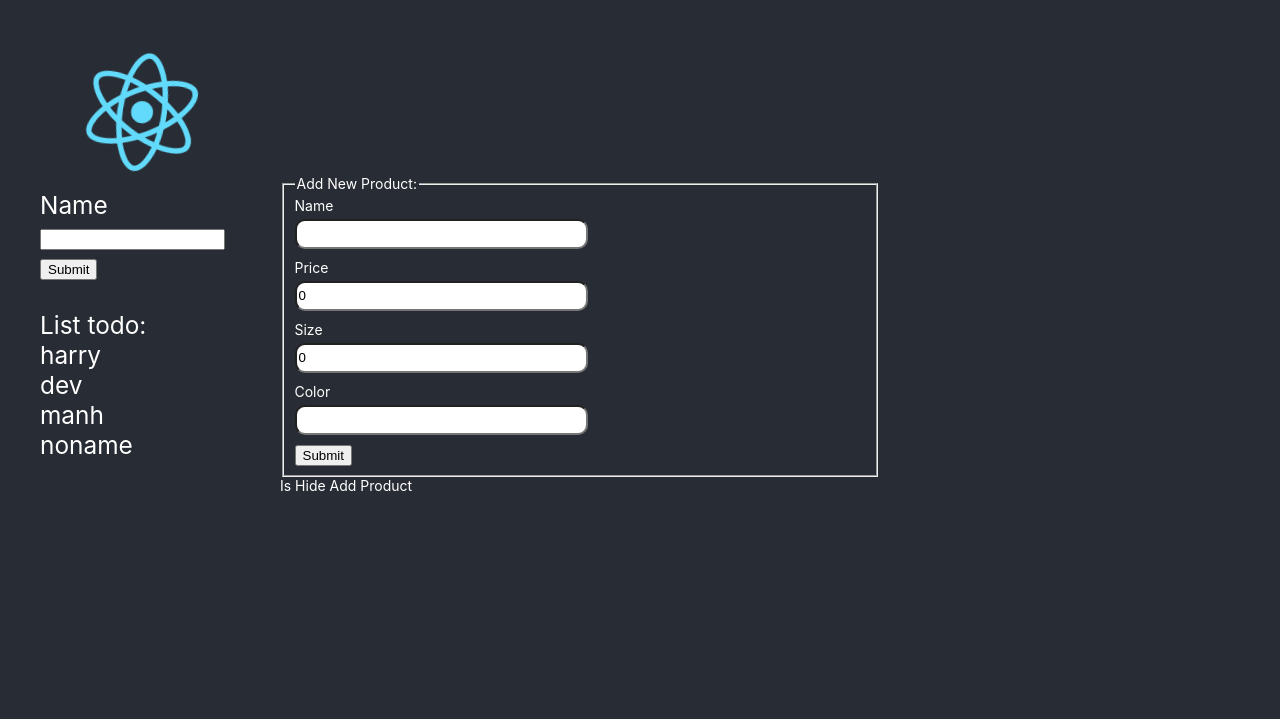
Repository: minh66hn/base-react-hook
Page: /
These files come from the project's save history. The page is drawn as it stood at one moment and after the next save; the edit follows.
The browser window is 1280 px wide. The pictures show the whole page.
The project was rebuilt for these pictures with package versions that can differ from the ones it lists, and the page was loaded fresh each time.

Above is the page before, as saved 2022-05-01 13:39:36.

### src/App.js
import React from "react";

import logo from "./logo.svg";
import "./App.scss";
import Home from "./components/Home";
import AddNewProduct from "./components/AddNewProduct";

function App() {
  return (
    <div className="App">
      <header className="App-header content-left">
        <img src={logo} className="App-logo" alt="logo" />
        <Home></Home>
      </header>
      <div className="content-right">
        <AddNewProduct />
      </div>
    </div>
  );
}

export default App;

### src/App.scss
.App {
  padding: 40px;
  background-color: #282c34;
  height: calc(100vh - 80px);
  font-size:14px;
  display: flex;

  .content-left{
    width:20%;
  }


  .content-right{
    /* border: 1px solid red; */
    width: 50%;
    margin-top:135px;
    color: white;
    border :3px s
  }

}

.App-logo {
  height: 20vmin;
  pointer-events: none;
}

@media (prefers-reduced-motion: no-preference) {
  .App-logo {
    animation: App-logo-spin infinite 20s linear;
  }
}

@keyframes App-logo-spin {
  from {
    transform: rotate(0deg);
  }
  to {
    transform: rotate(360deg);
  }
}
.App-header {
  /* min-height: 100vh; */
  /* display: flex;
  flex-direction: column; */
  /* align-items: center;
  justify-content: center; */
  font-size: calc(10px + 2vmin);
  color: white;
  /* border: 1px solid green; */
  width: 50%;
}

.input-product input{
  width:50%;
  height:24px;
  outline: none;
  border-radius: 10px;
}
.input-product{
  margin-bottom: 10px;
  display:flex;
  flex-direction: column;
  gap:5px;
}
button{
  cursor: pointer;
}
.App-link {
  color: #61dafb;
}

/* img {
  display: block;
  max-width: 100%;
}
.youtube-list {
  display: grid;
  grid-template-columns: repeat(4, 2fr);
  grid-gap: 25px;
  padding: 25px;
}
.youtube-image {
  height: 250px;
  margin-bottom: 15px;
}
.youtube-image img {
  width: 100%;
  height: 100%;
  object-fit: cover;
}
.youtube-footer {
  display: flex;
  align-items: flex-start;
  gap: 0 20px;
}
.youtube-avatar {
  width: 50px;
  height: 50px;
  border-radius: 100rem;
  object-fit: cover;
  flex-shrink: 0;
}
.youtube-title {
  font-size: 18px;
  margin-bottom: 10px;
}
.youtube-author {
  font-size: 14px;
  color: #999;
  font-weight: 300;
} */

### src/components/Home.js
import React from "react";
import { useState } from "react";
import AddTodo from "./AddTodo";
import DisplayListTodo from "./DisplayListTodo";
const Home = () => {
  const [todo, setTodo] = useState("");
  const randomIntFromInterval = (min, max) => {
    // min and max included
    return Math.floor(Math.random() * (max - min + 1) + min);
  };

  const [listTodo, setListTodo] = useState([
    { id: 1, name: "harry" },
    { id: 2, name: "dev" },
    { id: 3, name: "manh" },
    { id: 4, name: "noname" },
  ]);
  const handleDeleteBtn = (id) => {
    alert(`you deleted item by id:${id}`);
    let updateListTodo = listTodo.filter((item) => item.id !== id);
    setListTodo(updateListTodo);
  };
  const handleClickbtn = (todo) => {
    const todoItem = {
      id: randomIntFromInterval(5, 999),
      name: todo,
    };
    console.log(listTodo);
    if (!todo) {
      alert("please enter todo");
      return 0;
    }
    //catch1
    // let curentTodo = listTodo;
    // curentTodo.push(todoItem);
    // setListTodo(curentTodo);
    //catch2
    setListTodo([...listTodo, todoItem]);
    setTodo("");
  };

  return (
    <div>
      <AddTodo handleClickbtn={handleClickbtn} todo={todo} setTodo={setTodo} />
      <DisplayListTodo childData={listTodo} handleDeleteBtn={handleDeleteBtn} />
    </div>
  );
};

export default Home;

### src/components/AddNewProduct.js
import React from "react";
import { useState } from "react";

const AddNewProduct = () => {
  const [productName, setProductName] = useState("");
  const [producPrice, setProductPrice] = useState(0);
  const [productSize, setProductSize] = useState(0);
  const [productColor, setProductColor] = useState("");
  const [isShowDetail, setIsShowDetail] = useState(true);

  const handleClickbtn = () => {
    let object = { productName, producPrice, productSize, productColor };
    let ListProducts = localStorage.getItem("ListProducts");
    console.log(ListProducts);
    if (ListProducts) {
      let arr = [JSON.parse(ListProducts)];
      arr.push(object);
      localStorage.setItem("ListProducts", JSON.stringify(arr));
    } else {
      localStorage.setItem("ListProducts", JSON.stringify(object));
    }
    setProductName("");
    setProductPrice(0);
    setProductSize(0);
    setProductColor("");
  };
  const handleIsHide = (currentShow) => {
    let isShow = !currentShow;
    setIsShowDetail(isShow);
  };
  return (
    <div>
      {isShowDetail === true && (
        <fieldset>
          <legend>Add New Product:</legend>
          <div className="input-product">
            <label>Name</label>
            <input
              value={productName}
              type="text"
              onChange={(event) => {
                setProductName(event.target.value);
              }}
            />
          </div>
          <div className="input-product">
            <label>Price</label>
            <input
              value={producPrice}
              type="text"
              onChange={(event) => {
                setProductPrice(event.target.value);
              }}
            />
          </div>
          <div className="input-product">
            <label>Size</label>
            <input
              value={productSize}
              type="number"
              onChange={(event) => {
                setProductSize(event.target.value);
              }}
            />
          </div>
          <div className="input-product">
            <label>Color</label>
            <input
              value={productColor}
              type="text"
              onChange={(event) => {
                setProductColor(event.target.value);
              }}
            />
          </div>
          <div>
            <button type="button" onClick={() => handleClickbtn()}>
              Submit
            </button>
          </div>
        </fieldset>
      )}

      {isShowDetail === true ? (
        <div
          onClick={() => {
            handleIsHide(true);
          }}
        >
          Is Hide Add Product
        </div>
      ) : (
        <div
          onClick={() => {
            handleIsHide(false);
          }}
        >
          Show the Add Product
        </div>
      )}
    </div>
  );
};

export default AddNewProduct;

### src/components/AddTodo.js
import React from "react";

const AddTodo = (props) => {
  const { handleClickbtn, todo, setTodo } = props;
  return (
    <div>
      <label>Name</label>
      <input
        type="text"
        value={todo}
        onChange={(event) => {
          console.log("check event:", event);
          setTodo(event.target.value);
        }}
      />
      <button
        type="button"
        onClick={() => {
          handleClickbtn(todo);
        }}
      >
        Submit
      </button>
      <br />
      <br />
    </div>
  );
};

export default AddTodo;

### src/components/DisplayListTodo.js
import React from "react";

const DisplayListTodo = (props) => {
  const listData = props.childData;
  const handleDeleteBtn = (id) => {
    props.handleDeleteBtn(id);
  };
  return (
    <div>
      <div>List todo:</div>
      {listData.map((item) => {
        console.log(item);
        return (
          <div
            key={item.id}
            onClick={() => {
              handleDeleteBtn(item.id);
            }}
          >
            {item.name}
          </div>
        );
      })}
    </div>
  );
};

export default DisplayListTodo;

Loaded but not shown: public/index.html (common file); src/index.js (common file); src/index.css (common file); src/reportWebVitals.js (common file)

After the next save:
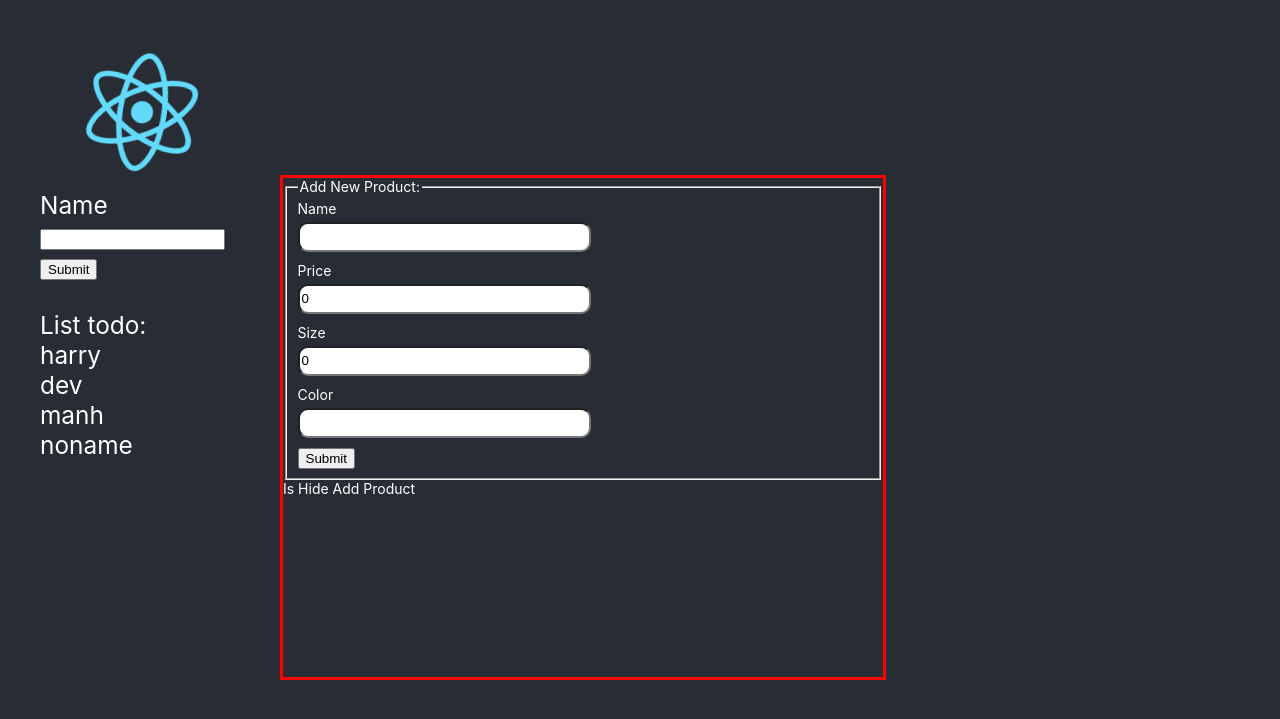
Saved 4 s later.
--- a/src/App.scss
+++ b/src/App.scss
@@ -15,7 +15,7 @@
     width: 50%;
     margin-top:135px;
     color: white;
-    border :3px s
+    border :3px solid red
   }
 
 }
